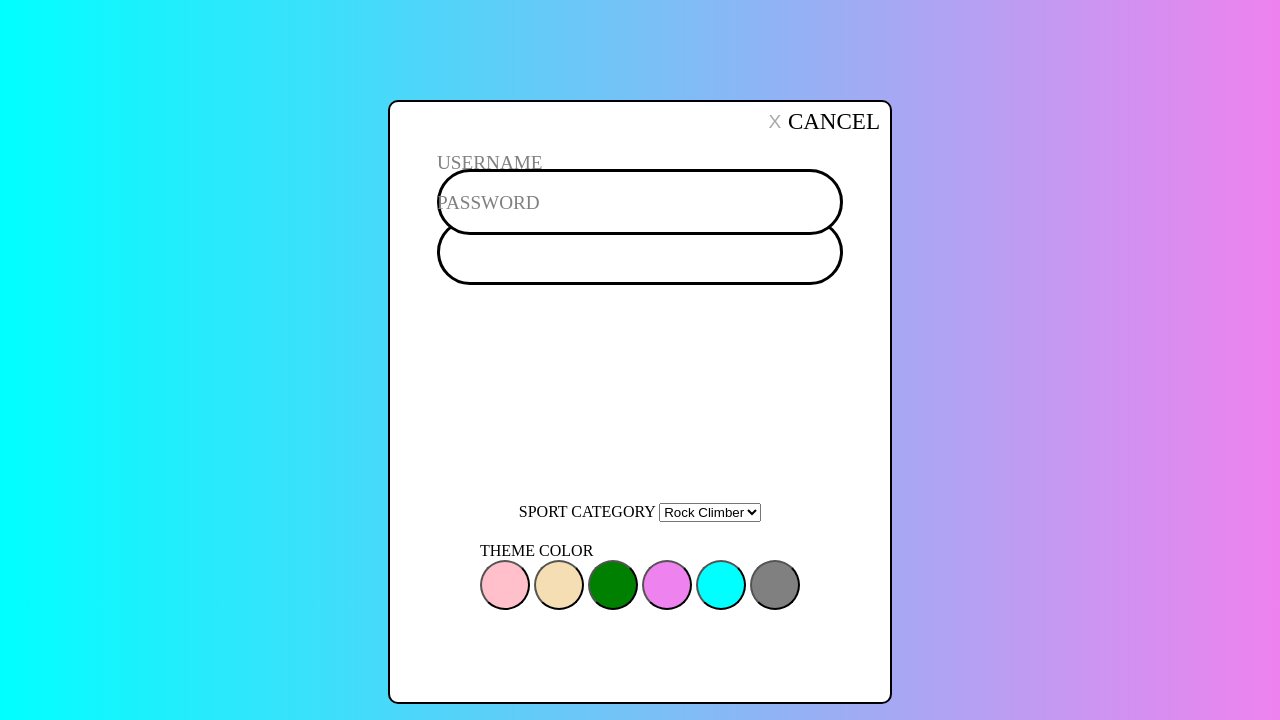
Repository: zRush1202/LoginPage-demo
Page: dom/exercise/login.html
These files come from the project's save history. The page is drawn as it stood at one moment and after the next save; the edit follows.
The browser window is 1280 px wide. The pictures show the whole page.

Above is the page before, as saved 2023-09-17 09:40:53.

After the next save:
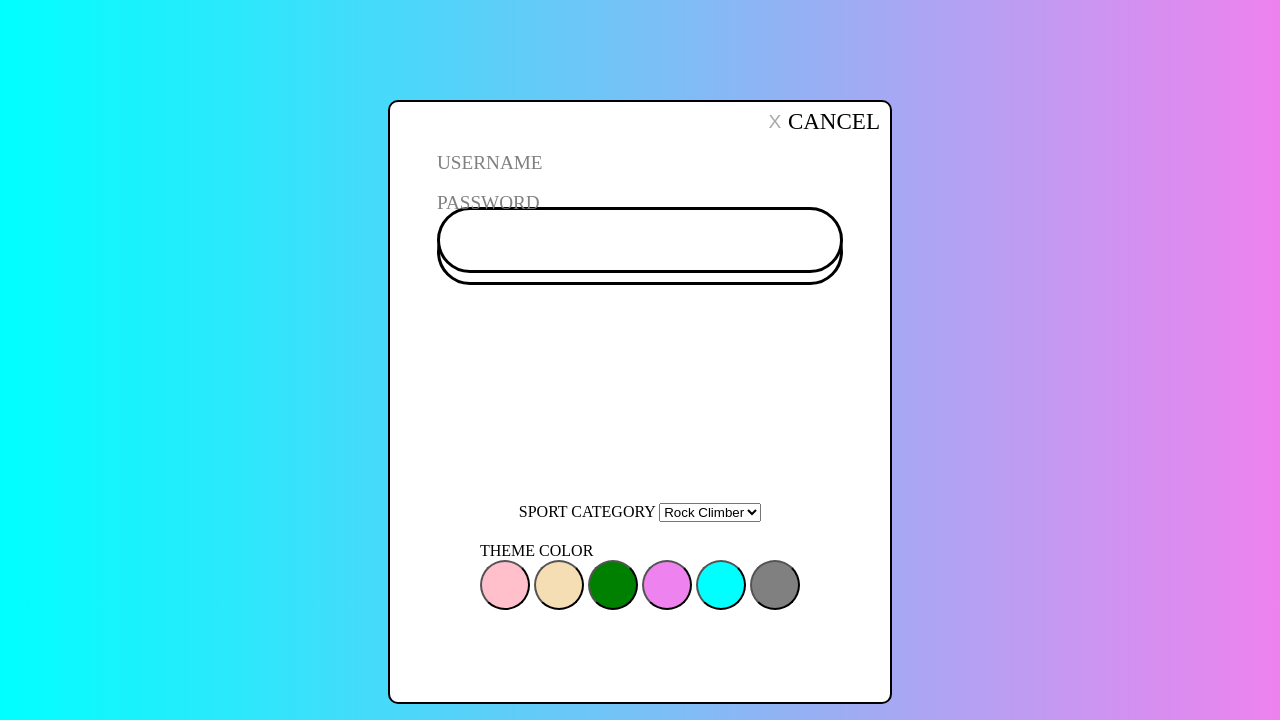
Saved 7 s later.
--- a/dom/exercise/login.css
+++ b/dom/exercise/login.css
@@ -66,7 +66,7 @@ body {
 
 .user {
     position: absolute;
-    bottom: 50px;
+    top: 50px;
 }
 
 
